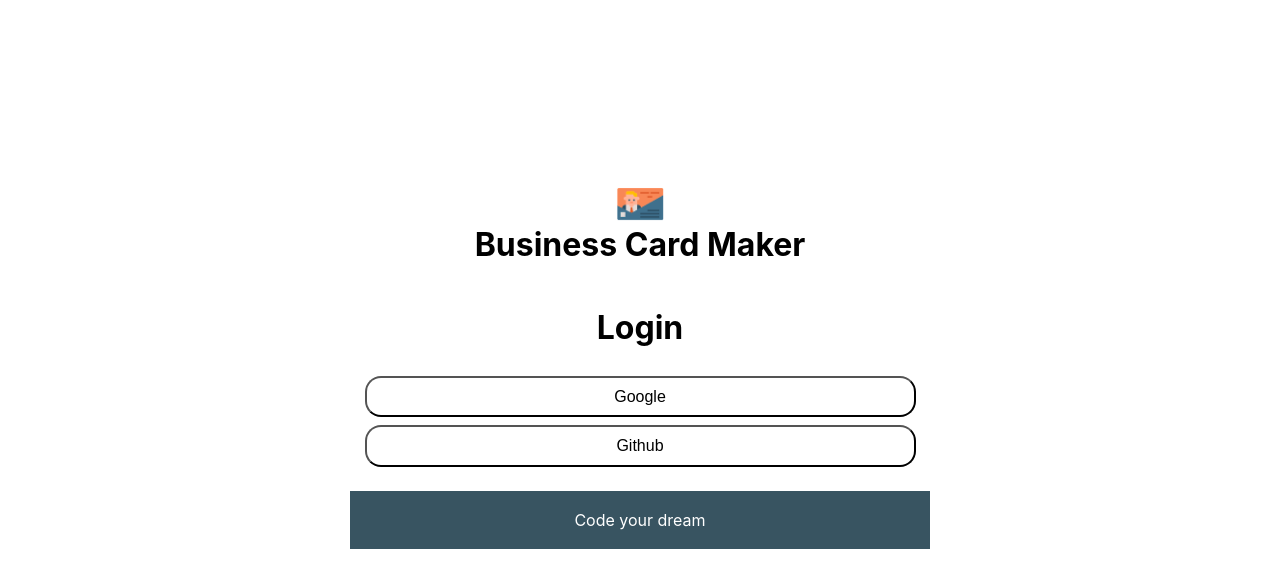
Repository: keehoonjung/Card_Maker
Page: /
These files come from the project's save history. The page is drawn as it stood at one moment and after a run of saves; the edit follows.
The browser window is 1280 px wide. The pictures show the whole page.
The page's requests for data from a server got no answer. The project was rebuilt for these pictures with package versions that can differ from the ones it lists, and the page was loaded fresh each time. No one was signed in, and anything a server would have sent is missing.

Above is the page before, as saved 2021-09-08 14:43:45.

After the next 2 saves:
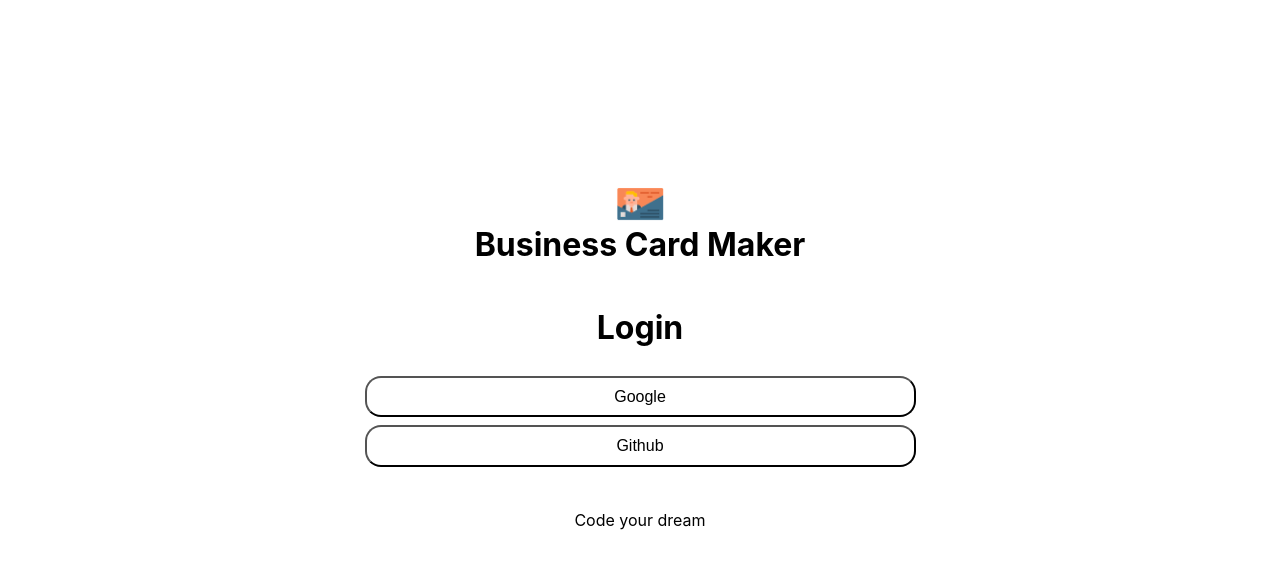
The 2 saves are shown as one change because they came seconds apart.
The last was saved 9 s later.
--- a/src/components/footer/footer.module.css
+++ b/src/components/footer/footer.module.css
@@ -5,6 +5,6 @@
   text-align: center;
   font-size: 1rem;
   padding: 0.2rem;
-  background-color: #385461;
-  color: white;
+  background-color: makerGreen;
+  color: makerWhite;
 }
